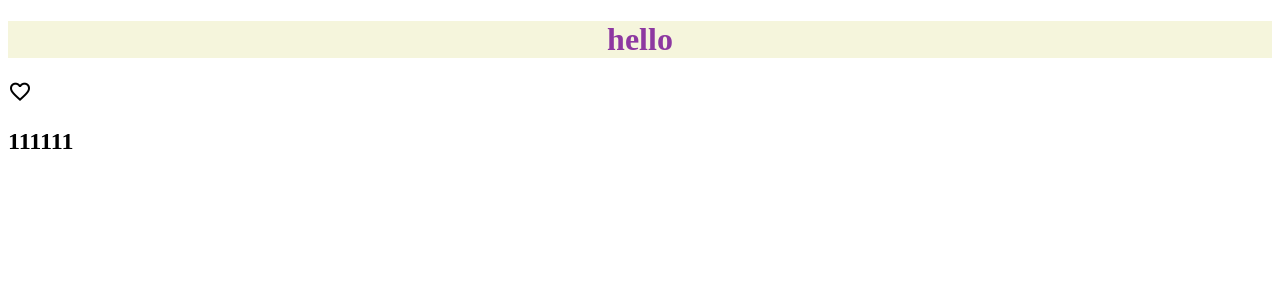
Repository: Jutta197/frontend726
Page: css_ex/color/index.html
These files come from the project's save history. The page is drawn as it stood at one moment and after the next save; the edit follows.
The browser window is 1280 px wide. The pictures show the whole page.
Some web fonts or font styles are not loaded; a fallback is used.

Above is the page before, as saved 2023-07-28 13:20:12.

### css_ex/color/index.html
<!DOCTYPE html>
<html lang="en">

<head>
    <meta charset="UTF-8">
    <meta name="viewport" content="width=device-width, initial-scale=1.0">
    <title>Document</title>
    <link rel="stylesheet" href="style.css">
    <link rel="preconnect" href="https://fonts.googleapis.com">
    <link rel="preconnect" href="https://fonts.gstatic.com" crossorigin>
    <link href="https://fonts.googleapis.com/css2?family=Borel&display=swap" rel="stylesheet">
    <link rel="stylesheet"
        href="https://fonts.googleapis.com/css2?family=Material+Symbols+Outlined:opsz,wght,FILL,GRAD@48,400,0,0" />
</head>

<body>
    <h1>hello</h1>
    <span class="material-symbols-outlined">
        favorite
    </span>
    <h2>111111</h2>


</body>

</html>

### css_ex/color/style.css
h1 {
    color: #0000FF;
    background-color: beige;
    text-align: center;
    /* font-family: Arial, Helvetica, sans-serif; */
    font-family: 'Borel', cursive;
    /* https://fonts.google.com/ */

}

h1 {
    color: rgb(141, 56, 161);
}

After the next save:
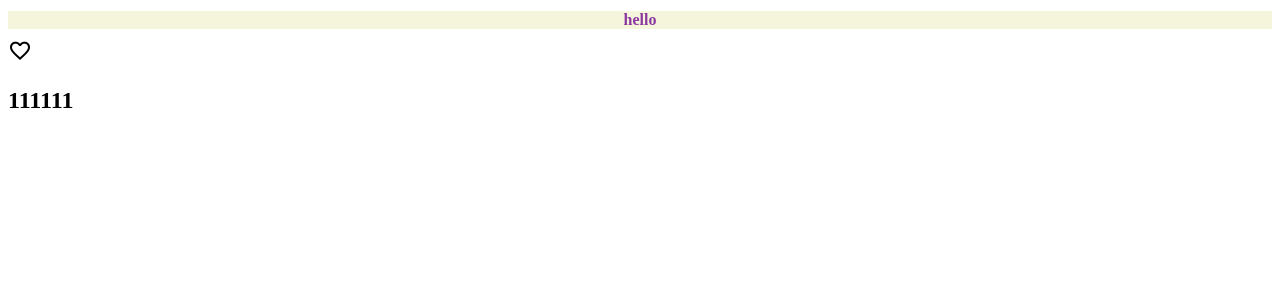
Saved 4 min 26 s later.
--- a/css_ex/color/style.css
+++ b/css_ex/color/style.css
@@ -5,6 +5,8 @@ h1 {
     /* font-family: Arial, Helvetica, sans-serif; */
     font-family: 'Borel', cursive;
     /* https://fonts.google.com/ */
+    /* 文字のサイズの指定 */
+    font-size: 16px;
 
 }
 
